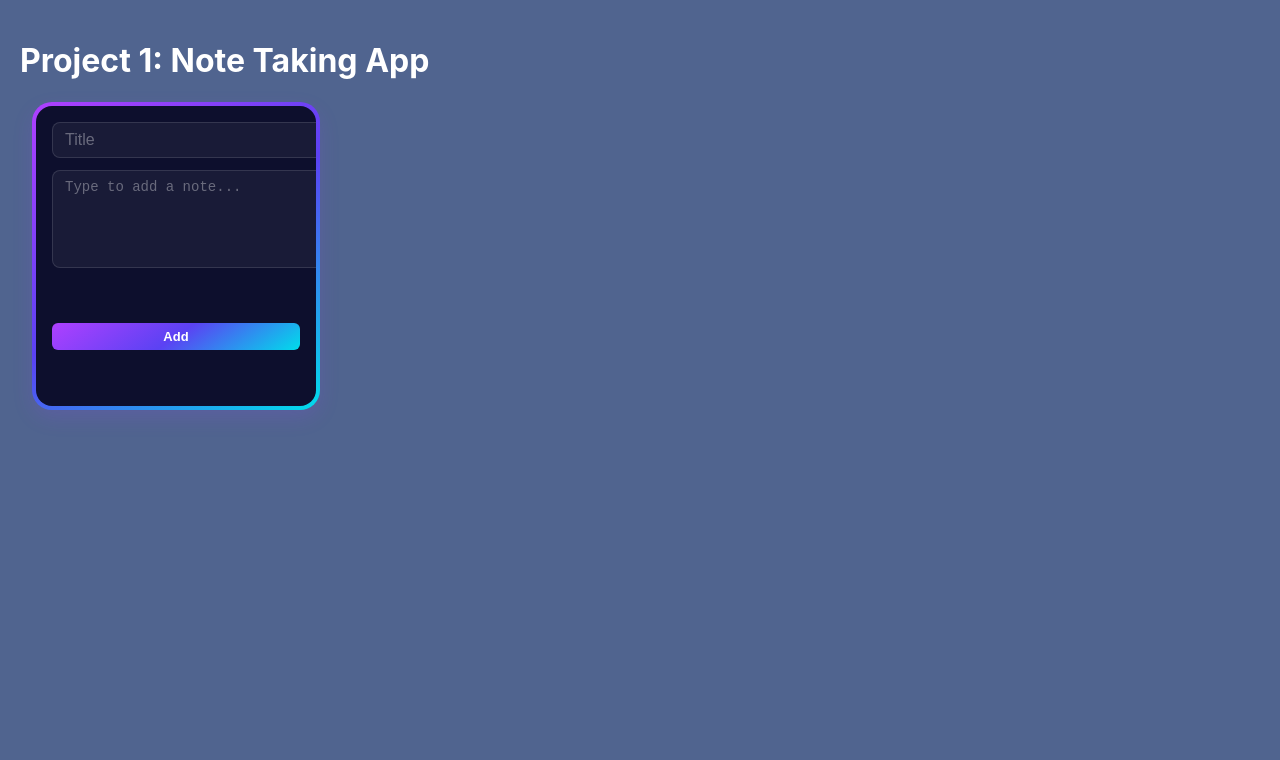
Repository: AJANI2005/Notes-App
Page: /
The author's editor kept a copy of each file at every save. The page is drawn from the files as they stood at one save, then again after the next save.
The browser window is 1280 px wide. The pictures show the whole page.
The project was rebuilt for these pictures with package versions that can differ from the ones it lists, and the page was loaded fresh each time. Also part of the build but not shown: vite.config.ts, src/App.css, src/style/dialogbox.css, src/DialogBox.tsx.

Above is the page before, as saved 2025-07-31 18:56:40.

After the next save:
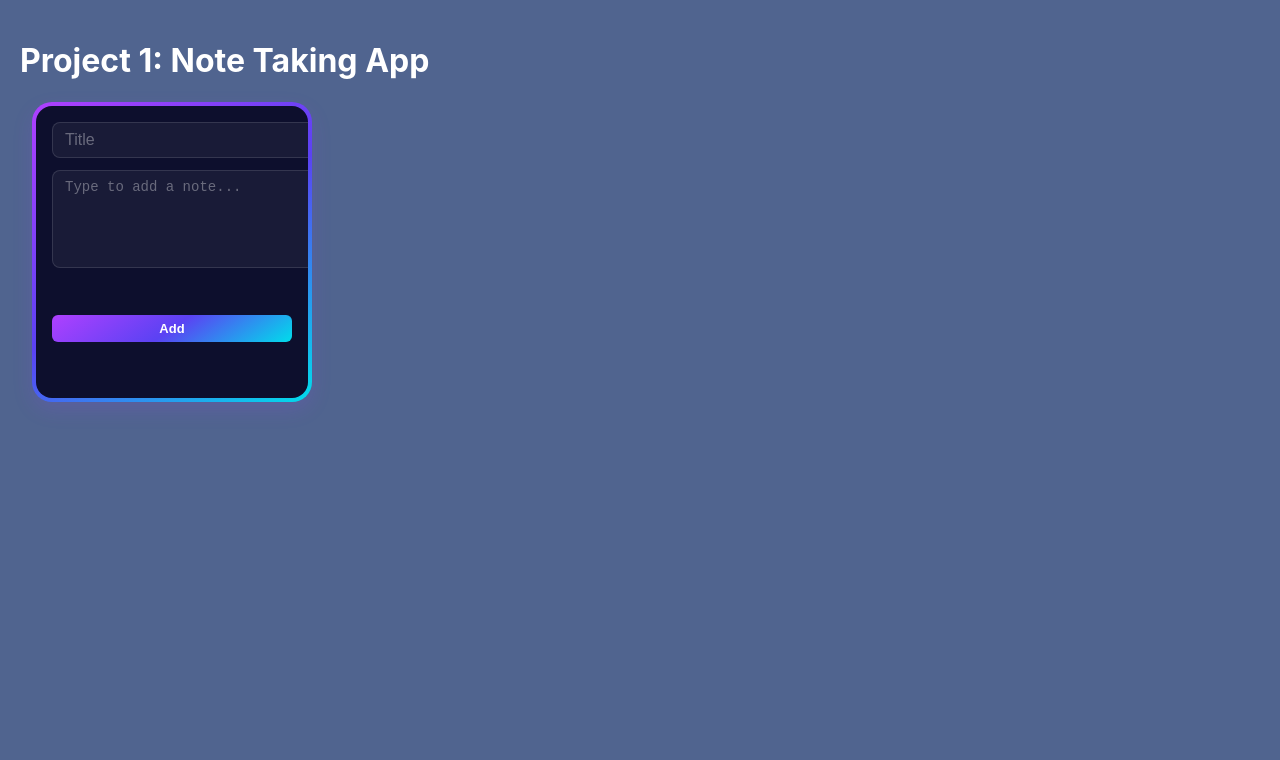
Saved 5 s later.
--- a/src/style/note.css
+++ b/src/style/note.css
@@ -3,6 +3,7 @@
 .note {
   display: flex;
   flex-direction: column;
+  box-sizing: border-box;
   width: 280px;
   height: 300px;
   padding: 4px; /* Gradient border thickness */
@@ -22,7 +23,6 @@
 
 /* Inner dark surface */
 .note-content {
-  box-sizing: border-box;
   flex: 1;
   display: flex;
   flex-direction: column;
